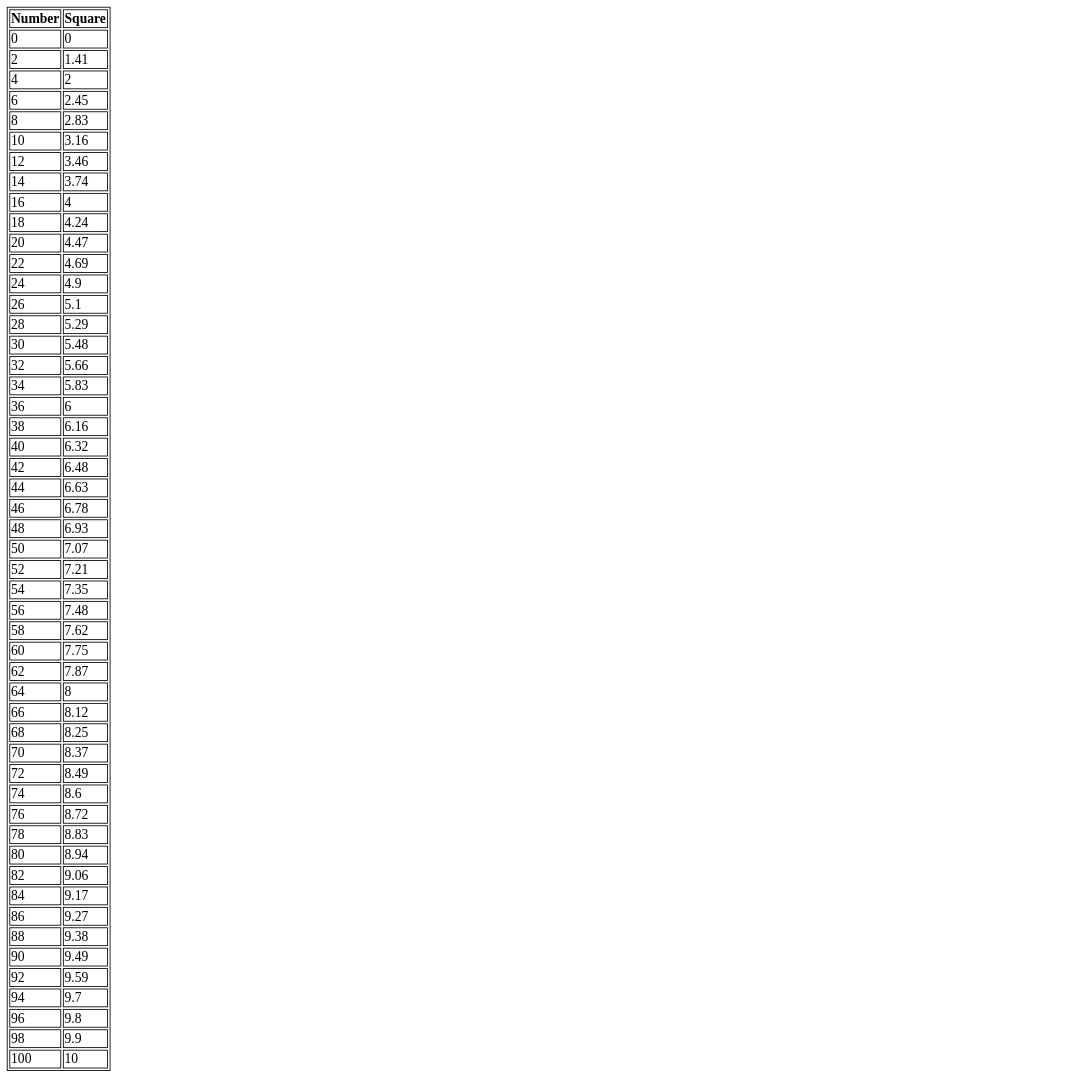
Repository: zhanivanov/PHP_Basics_Course_Homework
Page: http://localhost/1.SquareRootSum/SquareRootSum.php
An editor plug-in stored every save of this project. The page is shown before and after the next save, followed by the edit.
The browser window is 1280 px wide. The pictures show the whole page, at 85% of full size.
The page is run by PHP 8.4 with error messages shown; the project is at /var/www/html/.

Above is the page before, as saved 2014-08-23 13:52:00.

### PHP_Flow_Control/1.SquareRootSum/SquareRootSum.php
<!DOCTYPE html>
<html>
    <head>
        <title>Square Root Sum</title>
        <style>
            table,tr,th,td{
                border: 1px solid black;
            }
        </style>
    </head>
    <body>
        <table>
            <thead>
                <tr>
                    <th>Number</th>
                    <th>Square</th>
                </tr>
            </thead>
            <tbody>
                <?php
                    for($i = 0; $i<=100; $i+=2): ?>
                <tr>
                    <td><?= $i ?></td>
                    <td><?= round(sqrt($i), 2) ?></td>
                </tr>
                <?php endfor; ?>
            </tbody>
        </table>
    </body>
</html>

After the next save:
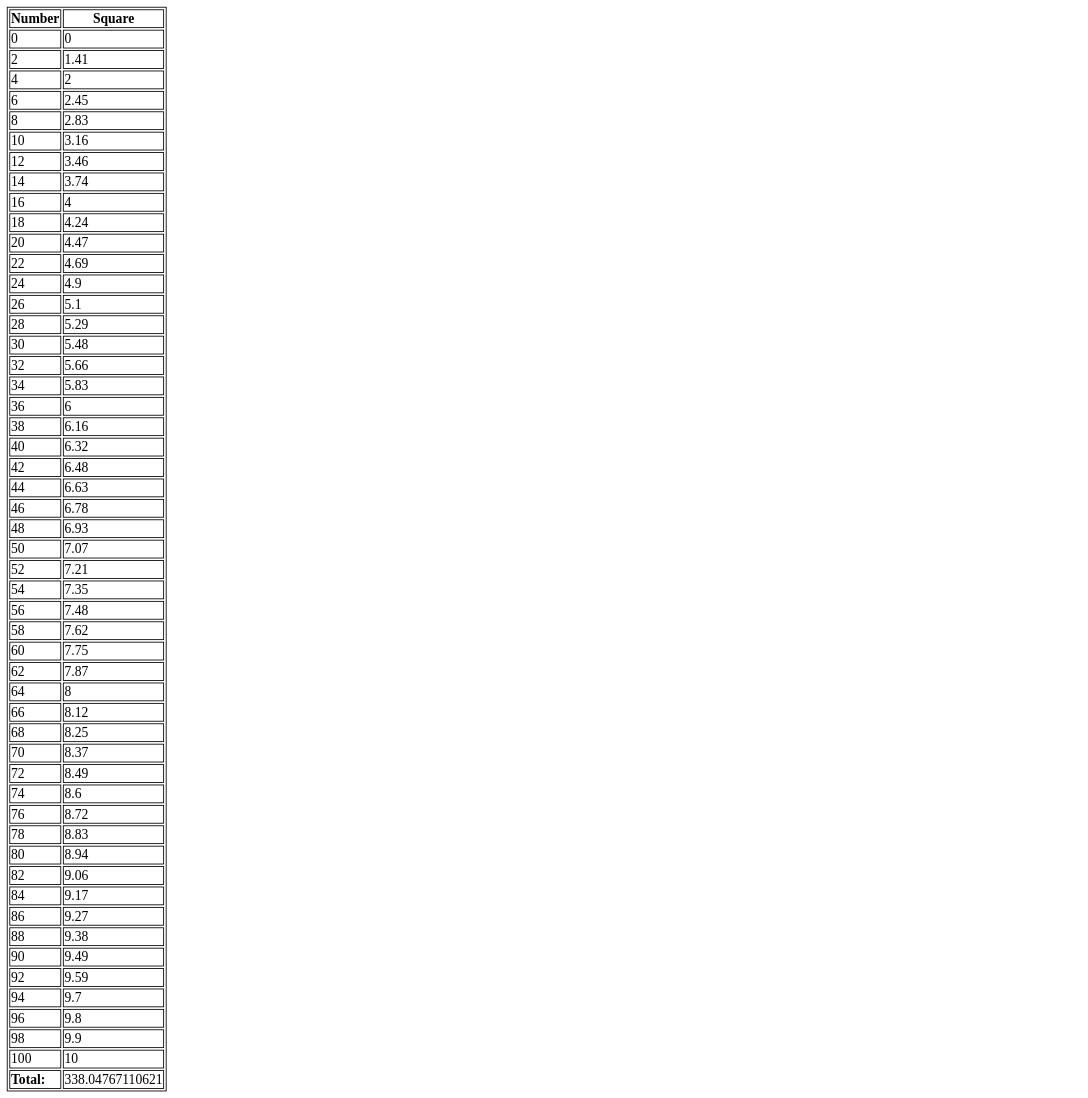
Saved 5 min 18 s later.
--- a/PHP_Flow_Control/1.SquareRootSum/SquareRootSum.php
+++ b/PHP_Flow_Control/1.SquareRootSum/SquareRootSum.php
@@ -18,12 +18,20 @@
             </thead>
             <tbody>
                 <?php
-                    for($i = 0; $i<=100; $i+=2): ?>
+                    $sum = 0;
+                    for($i = 0; $i<=100; $i+=2):
+                        $sqrt = sqrt($i);
+                        $sum += $sqrt;
+                ?>
                 <tr>
                     <td><?= $i ?></td>
-                    <td><?= round(sqrt($i), 2) ?></td>
+                    <td><?= round($sqrt, 2) ?></td>
                 </tr>
                 <?php endfor; ?>
+                <tr>
+                    <td><b>Total:</b></td>
+                    <td><?= $sum ?></td>
+                </tr>
             </tbody>
         </table>
     </body>
